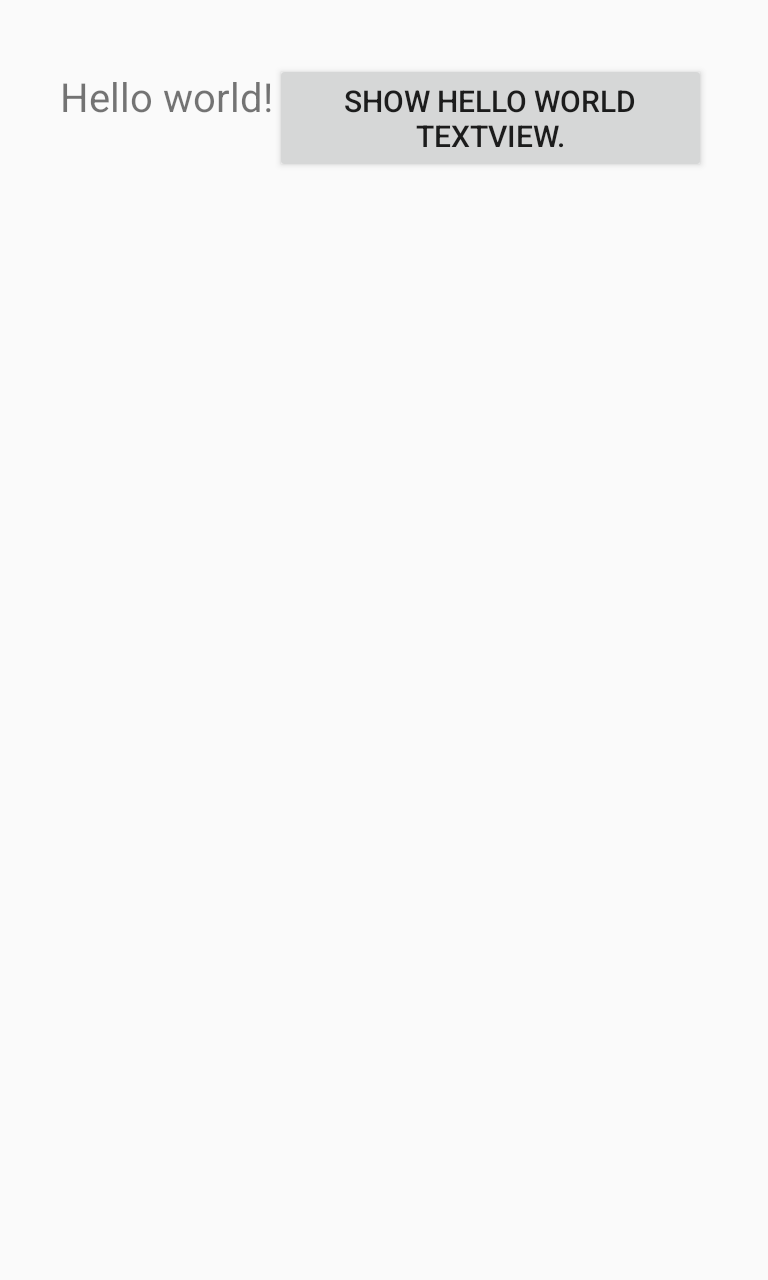
Repository: JoanneCaroll/EventHandling
Layout: EventHandling/res/layout/activity_main.xml
An editor plug-in stored every save of this project. The layout is shown before and after the next save, followed by the edit.
It is drawn on a 768 x 1280 px phone screen (xhdpi) without system bars, with theme AppTheme; the app's code is not run.

Above is the layout before, as saved 2014-10-28 06:33:27.

After the next save:
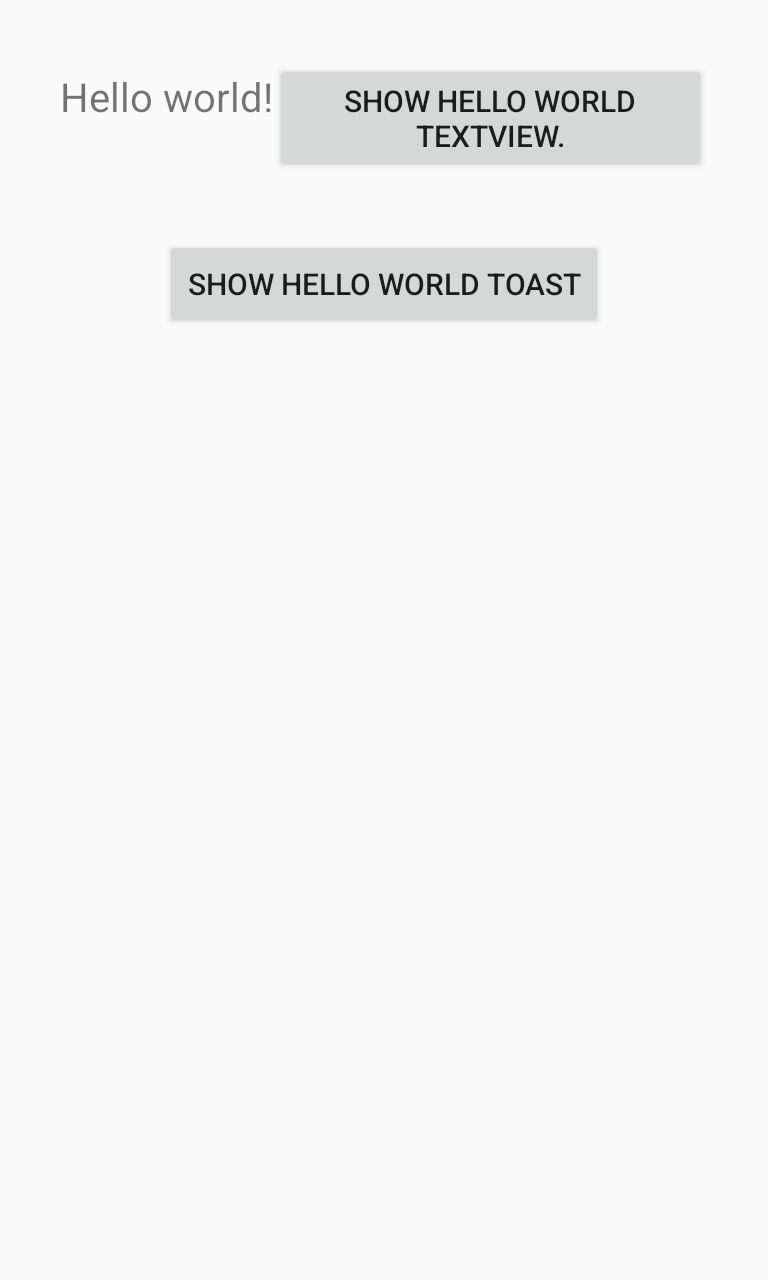
Saved 98 s later.
--- a/EventHandling/res/layout/activity_main.xml
+++ b/EventHandling/res/layout/activity_main.xml
@@ -7,7 +7,7 @@
 
     <LinearLayout
             android:layout_width="match_parent"
-		    android:layout_height="match_parent"
+		    android:layout_height="wrap_content"
 		    android:orientation="horizontal"
 		    android:layout_gravity="center"
 		    android:padding="30dp">
@@ -30,12 +30,12 @@
 
     </LinearLayout>
 
-
        <Button
+           	android:layout_gravity="center"
 	        android:id="@+id/showToast"
 	        android:layout_width="wrap_content"
 	        android:layout_height="wrap_content"
-	        android:text="@string/show"
+	        android:text="@string/showToast"
 	        android:textSize="15dp"/>
 
 </LinearLayout>
